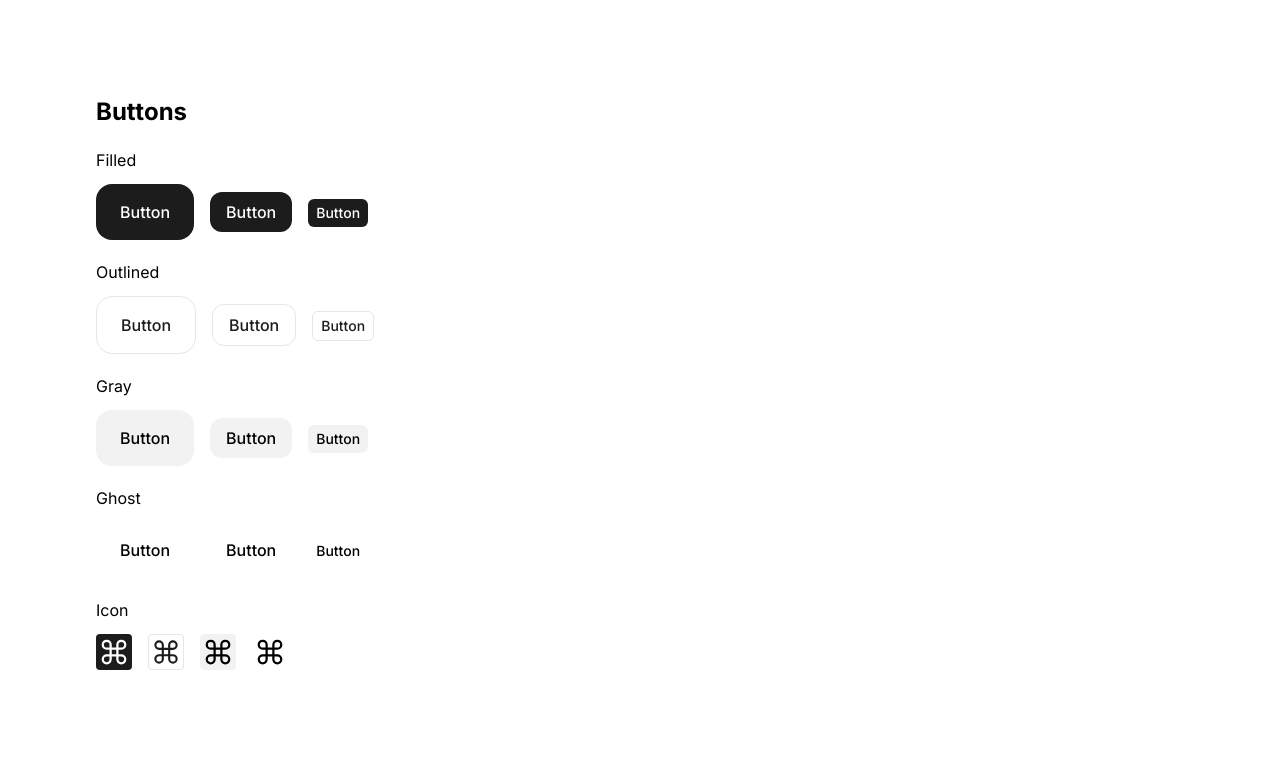
Repository: ggonzaga29/polarized-dashboard
Page: /
An editor plug-in stored every save of this project. The page is shown before and after a run of saves, followed by the edit.
The browser window is 1280 px wide. The pictures show the whole page.
The project was rebuilt for these pictures with package versions that can differ from the ones it lists, and the page was loaded fresh each time. The framework's server and built-in components were replaced by stand-ins that run in the browser. Also part of the build but not shown: next.config.js.

Above is the page before, as saved 2023-08-04 00:49:51.

After the next 3 saves:
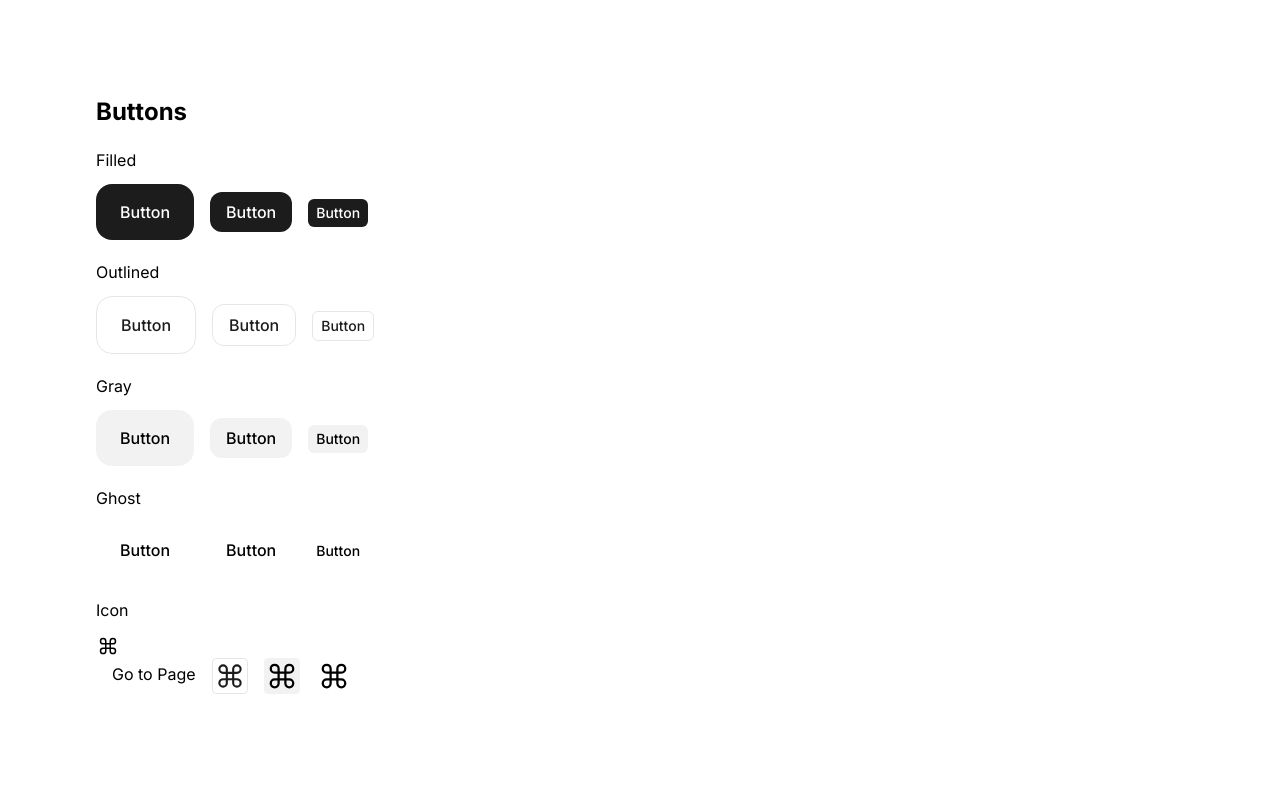
The 3 saves are shown as one change because 2 did not build or start.
The last was saved 2 min 37 s later.
--- a/src/app/page.jsx
+++ b/src/app/page.jsx
@@ -1,4 +1,5 @@
-import Image from 'next/image';
+'use client';
+
 import { Button } from '@/components/ui/button';
 import { Command } from '@phosphor-icons/react';
 
@@ -66,7 +67,10 @@ export default function Home() {
         <h2>Icon</h2>
         <div className="space-x-4 mt-3">
           <Button variant="filled" size="icon" asChild>
-            <Command className="h-6 w-6" />
+            <>
+              <Command className="h-6 w-6 mr-2" />
+              <a href="">Go to Page</a>
+            </>
           </Button>
           <Button variant="outlined" size="icon" asChild>
             <Command className="h-6 w-6" />
